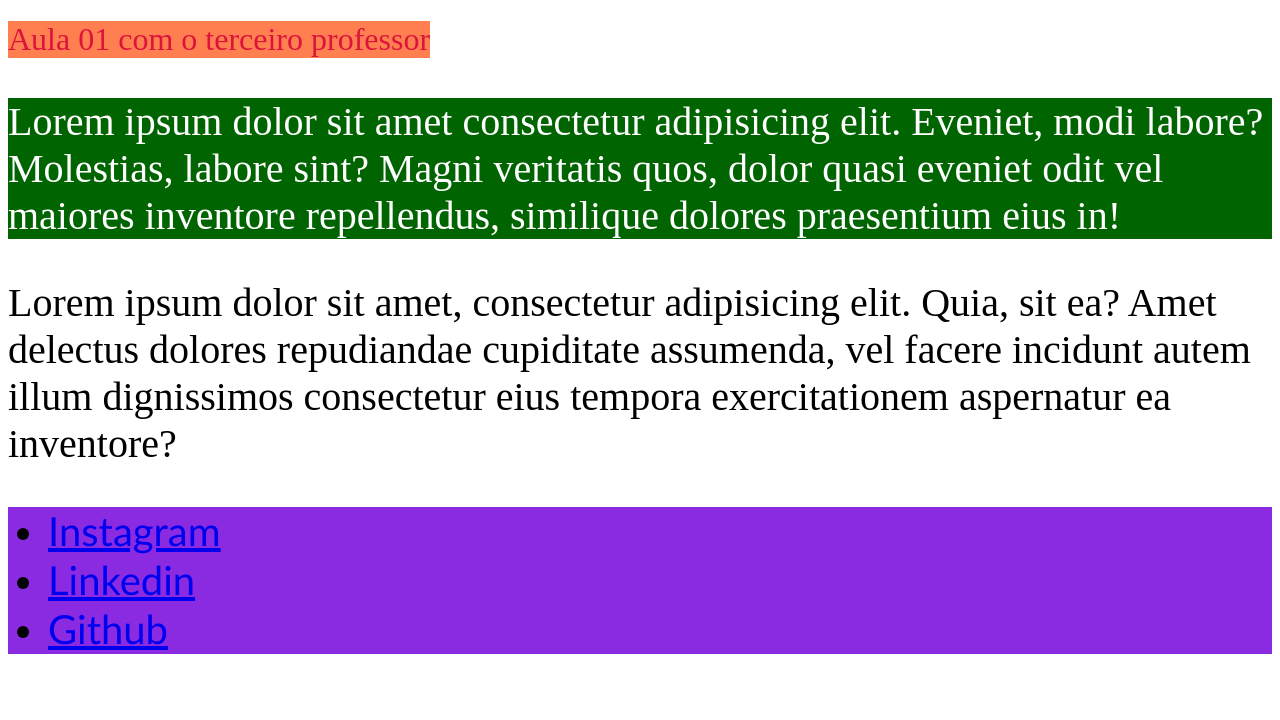
Repository: geracao-11/aula-01-pt2
Page: index.html
An editor plug-in stored every save of this project. The page is shown before and after the next save, followed by the edit.
The browser window is 1280 px wide. The pictures show the whole page.

Above is the page before, as saved 2025-04-09 10:58:38.

### index.html
<!DOCTYPE html>
<html lang="en">
  <head>
    <meta charset="UTF-8" />
    <meta name="viewport" content="width=device-width, initial-scale=1.0" />
    <title>AULA 01</title>
    <link rel="stylesheet" href="style.css">
</head>
  <body>
    <header></header>
    <main>
      <h1 id="titulo-pagina">Aula 01 com o terceiro professor</h1>
      <div class="container-1">
        <p>
            Lorem ipsum dolor sit amet consectetur adipisicing elit. Eveniet, modi labore? Molestias, labore sint? Magni veritatis quos, dolor quasi eveniet odit vel maiores inventore repellendus, similique dolores praesentium eius in!
        </p>
      </div>
      <div class="container-2">
        <p>
            Lorem ipsum dolor sit amet, consectetur adipisicing elit. Quia, sit ea? Amet delectus dolores repudiandae cupiditate assumenda, vel facere incidunt autem illum dignissimos consectetur eius tempora exercitationem aspernatur ea inventore?
        </p>
      </div>
      <div class="container-3"></div>
      <div>
        <ul>
            <li>
                <a href="https://www.instagram.com/">Instagram</a>
            </li>
            <li>
                <a href="https://www.linkedin.com/feed/?trk=guest_homepage-basic_google-one-tap-submit">Linkedin</a>
            </li>
            <li>
                <a href="https://github.com/">Github</a>
            </li>
        </ul>
      </div>
    </main>
    <footer></footer>
  </body>
</html>

### style.css
main {
    font-size: 40px;
}

h1 {
    font-size: 32px;
    font-weight: lighter;
    color: crimson;
    background-color: coral;
    max-width: fit-content;
}

.container-1 {
    max-width: fit-content;
    background-color: darkgreen;
    color: white;
}

ul {
    background-color: blueviolet;
}
a {
    font-family: 'Trebuchet MS', 'Lucida Sans Unicode', 'Lucida Grande', 'Lucida Sans', Arial, sans-serif;
}

After the next save:
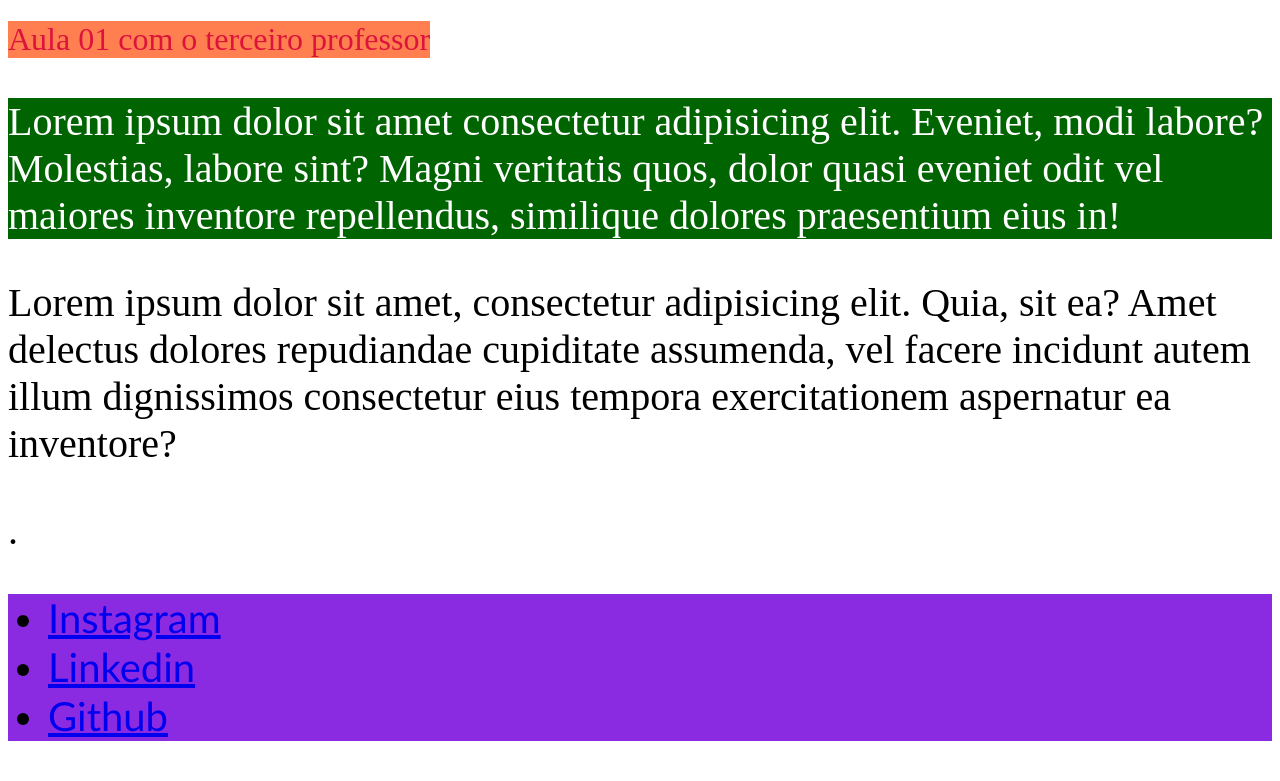
Saved 12 s later.
--- a/index.html
+++ b/index.html
@@ -20,7 +20,7 @@
             Lorem ipsum dolor sit amet, consectetur adipisicing elit. Quia, sit ea? Amet delectus dolores repudiandae cupiditate assumenda, vel facere incidunt autem illum dignissimos consectetur eius tempora exercitationem aspernatur ea inventore?
         </p>
       </div>
-      <div class="container-3"></div>
+      .
       <div>
         <ul>
             <li>

After the 2 saves that followed:
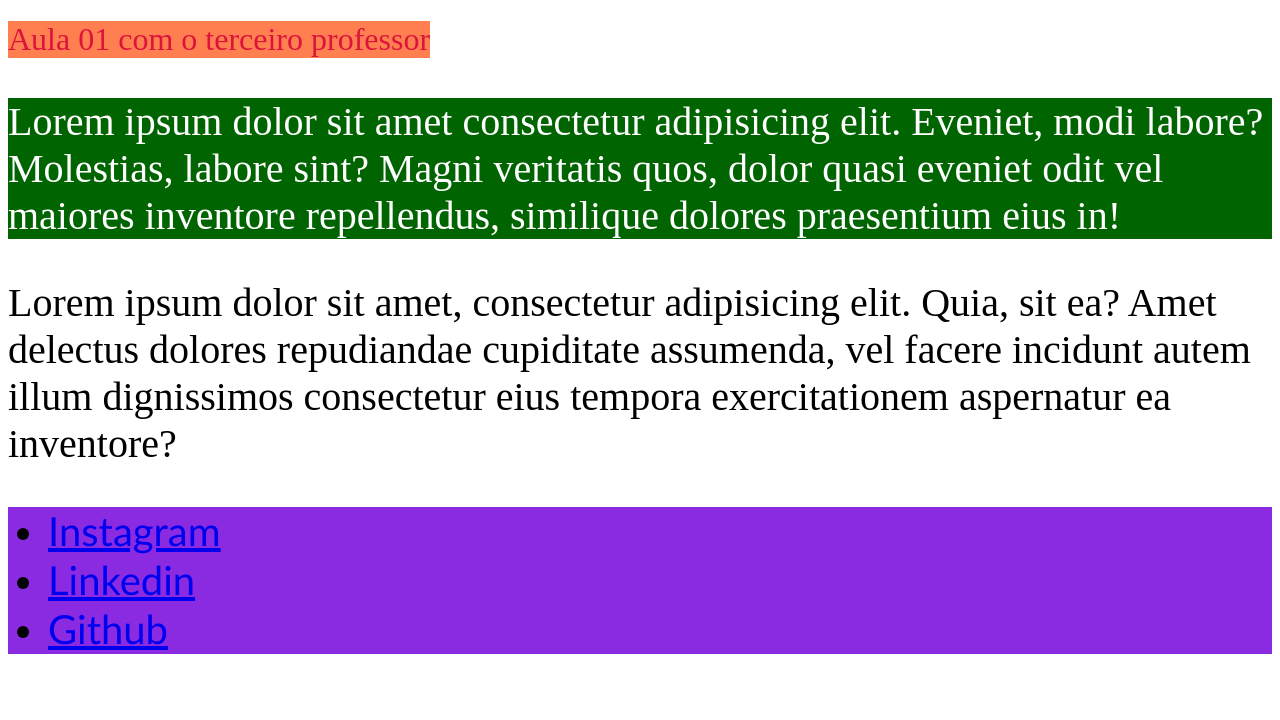
The 2 saves are shown as one change because they came seconds apart.
The last was saved 6 s later.
--- a/index.html
+++ b/index.html
@@ -20,7 +20,7 @@
             Lorem ipsum dolor sit amet, consectetur adipisicing elit. Quia, sit ea? Amet delectus dolores repudiandae cupiditate assumenda, vel facere incidunt autem illum dignissimos consectetur eius tempora exercitationem aspernatur ea inventore?
         </p>
       </div>
-      .
+      <div class="batata"></div>
       <div>
         <ul>
             <li>
